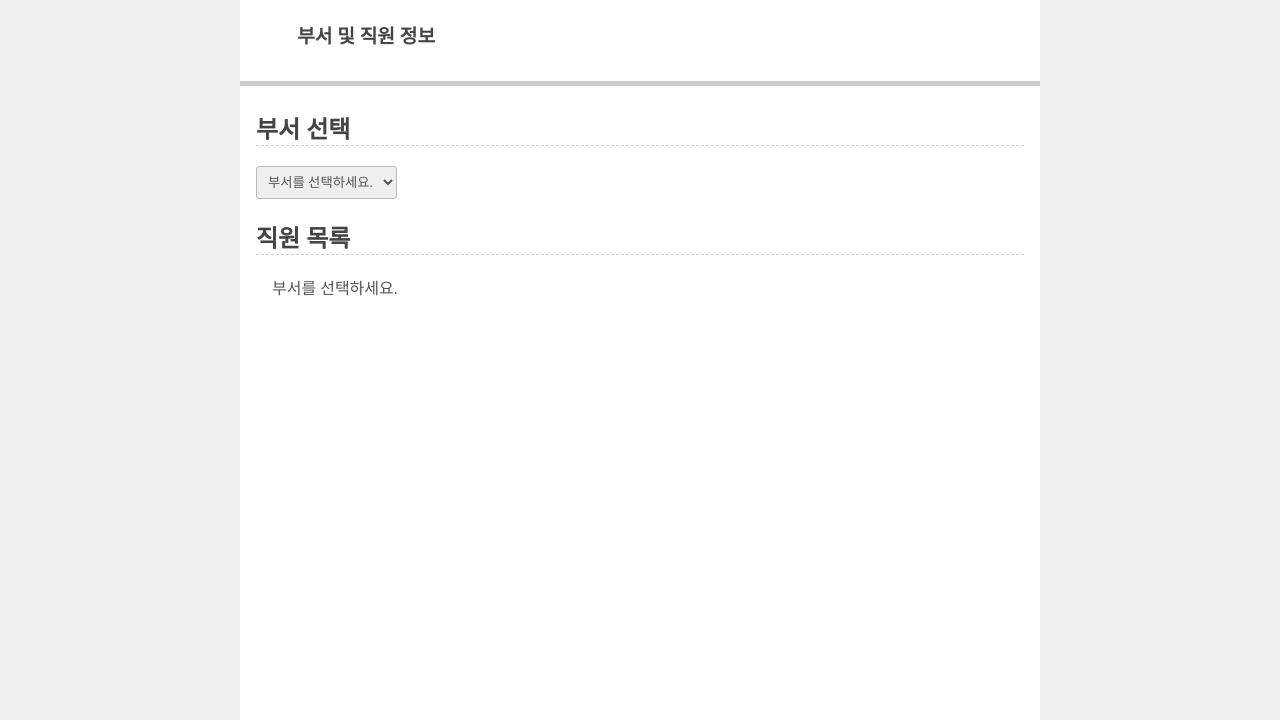
Repository: woals5636/JSPClass
Page: http://localhost/jspPro/days02/test/test01.jsp
These files come from the project's save history. The page is drawn as it stood at one moment and after the next save; the edit follows.
The browser window is 1280 px wide. The pictures show the whole page.
Some web fonts or font styles are not loaded; a fallback is used. The page is served by Tomcat 9. Queries for data that is not in the repository find no rows.

Above is the page before, as saved 2024-10-16 10:22:04.

After the next save:
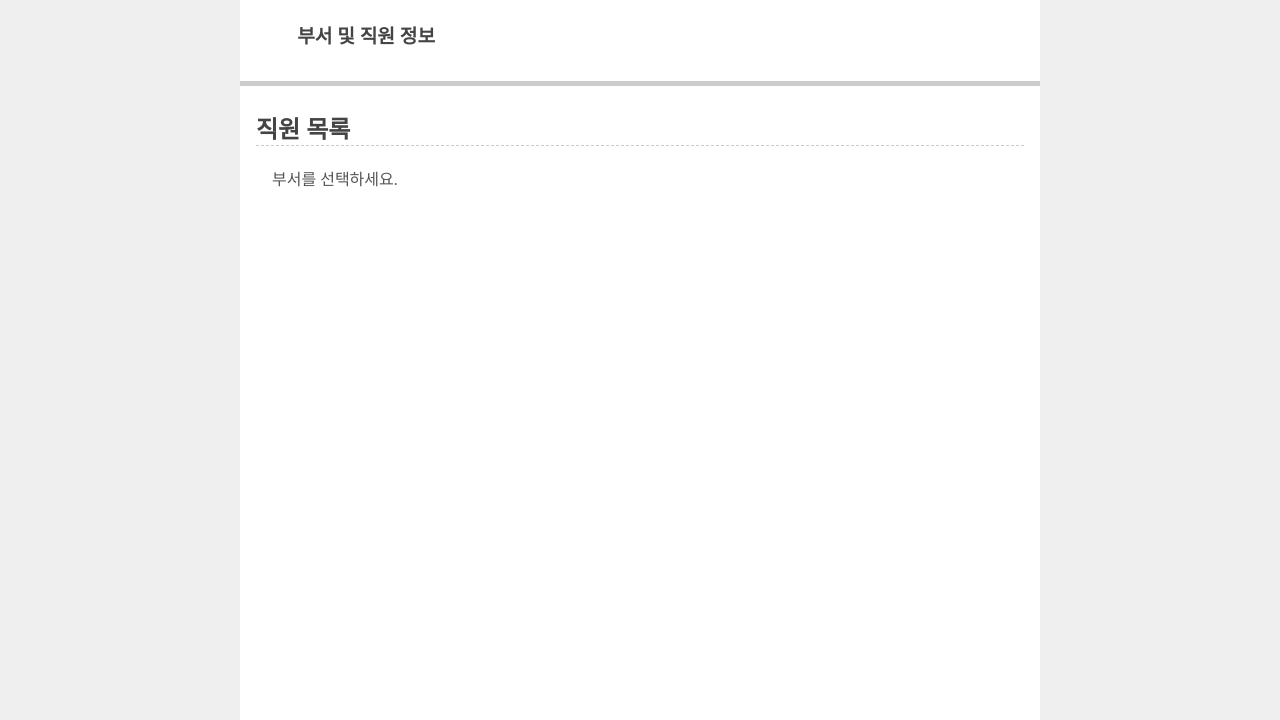
Saved 12 s later.
--- a/jspPro/src/main/webapp/days02/test/test01.jsp
+++ b/jspPro/src/main/webapp/days02/test/test01.jsp
@@ -92,17 +92,6 @@
     <h1 class="main">부서 및 직원 정보</h1>
 </header>
 <div>
-<h2>부서 선택</h2>
-<select name="deptno" onchange="location.href='?deptno=' + this.value">
-    <option value="">부서를 선택하세요.</option>
-    <% for(int i = 0; i < deptList.size(); i++) {
-        DeptVO dept = deptList.get(i); %>
-        <option value="<%= dept.getDeptno() %>" <%= (dept.getDeptno() == deptno) ? "selected" : "" %>>
-            <%= dept.getDname() %>
-        </option>
-    <% } %>
-</select>
-
 	<h2>직원 목록</h2>
 	<% if (deptno == 0) { %>
 	    <p>부서를 선택하세요.</p>

After the save that followed:
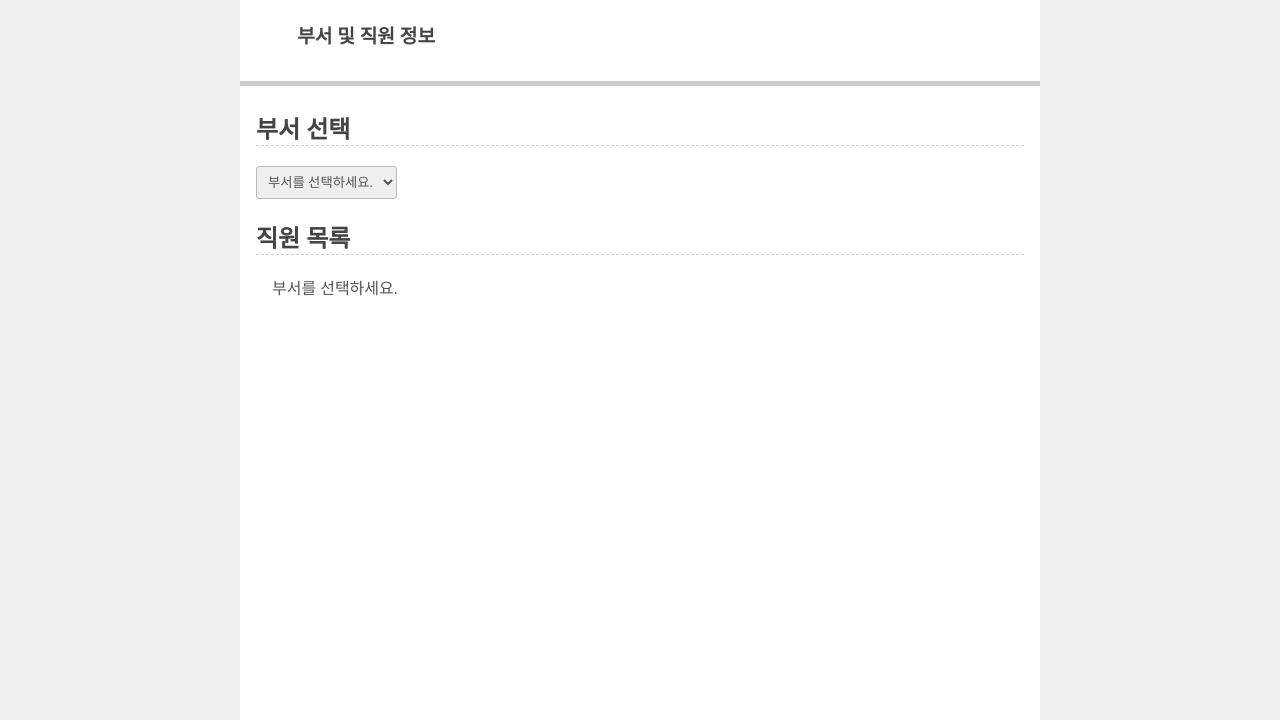
Saved 23 s later.
--- a/jspPro/src/main/webapp/days02/test/test01.jsp
+++ b/jspPro/src/main/webapp/days02/test/test01.jsp
@@ -92,60 +92,71 @@
     <h1 class="main">부서 및 직원 정보</h1>
 </header>
 <div>
-	<h2>직원 목록</h2>
-	<% if (deptno == 0) { %>
-	    <p>부서를 선택하세요.</p>
-	<% } else { %>
-	    <table>
-	        <thead>
-	            <tr>
-	                <th><input type="checkbox" id="checkAll" onclick="toggleCheckboxes(this)"></th>
-	                <th>empno</th>
-	                <th>ename</th>
-	                <th>job</th>
-	                <th>mgr</th>
-	                <th>hiredate</th>
-	                <th>sal</th>
-	                <th>comm</th>
-	                <th>deptno</th>
-	            </tr>
-	        </thead>
-	        <tbody>
-	        <% if(empList.isEmpty()) { %>
-	            <tr>
-	                <td colspan="9">해당 부서에 사원이 존재하지 않습니다.</td>
-	            </tr>
-	        <% } else {
-	            for(int i = 0; i < empList.size(); i++) {
-	                EmpVO emp = empList.get(i); %>
-	            <tr>
-	                <td><input type="checkbox" name="empCheck" value="<%= emp.getEmpno() %>" onclick="checkAllSelected()"></td>
-	                <td><%= emp.getEmpno() %></td>
-	                <td><%= emp.getEname() %></td>
-	                <td><%= emp.getJob() %></td>
-	                <td><%= emp.getMgr() %></td>
-	                <td><%= emp.getHiredate() %></td>
-	                <td><%= emp.getSal() %></td>
-	                <td><%= emp.getComm() %></td>
-	                <td><%= emp.getDeptno() %></td>
-	            </tr>
-	        <%  }
-	           } %>
-	        </tbody>
-	        <tfoot>
-	            <tr>
-	                <td colspan="9">
-	                    <span class="badge left red"><%= empList.size() %></span>명의 사원이 있습니다.
-	                </td>
-	            </tr>
-	            <tr>
-	                <td colspan="9">
-	                    <button onclick="submitCheckedEmployees()">확인</button>
-	                </td>
-	            </tr>
-	        </tfoot>
-	    </table>
-	<% } %>
+ <h2>부서 선택</h2>
+<select name="deptno" onchange="location.href='?deptno=' + this.value">
+    <option value="">부서를 선택하세요.</option>
+    <% for(int i = 0; i < deptList.size(); i++) {
+        DeptVO dept = deptList.get(i); %>
+        <option value="<%= dept.getDeptno() %>" <%= (dept.getDeptno() == deptno) ? "selected" : "" %>>
+            <%= dept.getDname() %>
+        </option>
+    <% } %>
+</select>
+
+<h2>직원 목록</h2>
+<% if (deptno == 0) { %>
+    <p>부서를 선택하세요.</p>
+<% } else { %>
+    <table>
+        <thead>
+            <tr>
+                <th><input type="checkbox" id="checkAll" onclick="toggleCheckboxes(this)"></th>
+                <th>empno</th>
+                <th>ename</th>
+                <th>job</th>
+                <th>mgr</th>
+                <th>hiredate</th>
+                <th>sal</th>
+                <th>comm</th>
+                <th>deptno</th>
+            </tr>
+        </thead>
+        <tbody>
+        <% if(empList.isEmpty()) { %>
+            <tr>
+                <td colspan="9">해당 부서에 사원이 존재하지 않습니다.</td>
+            </tr>
+        <% } else {
+            for(int i = 0; i < empList.size(); i++) {
+                EmpVO emp = empList.get(i); %>
+            <tr>
+                <td><input type="checkbox" name="empCheck" value="<%= emp.getEmpno() %>" onclick="checkAllSelected()"></td>
+                <td><%= emp.getEmpno() %></td>
+                <td><%= emp.getEname() %></td>
+                <td><%= emp.getJob() %></td>
+                <td><%= emp.getMgr() %></td>
+                <td><%= emp.getHiredate() %></td>
+                <td><%= emp.getSal() %></td>
+                <td><%= emp.getComm() %></td>
+                <td><%= emp.getDeptno() %></td>
+            </tr>
+        <%  }
+           } %>
+        </tbody>
+        <tfoot>
+            <tr>
+                <td colspan="9">
+                    <span class="badge left red"><%= empList.size() %></span>명의 사원이 있습니다.
+                </td>
+            </tr>
+            <tr>
+                <td colspan="9">
+                    <button onclick="submitCheckedEmployees()">확인</button>
+                </td>
+            </tr>
+        </tfoot>
+    </table>
+<% } %>
 
 </div>
 
